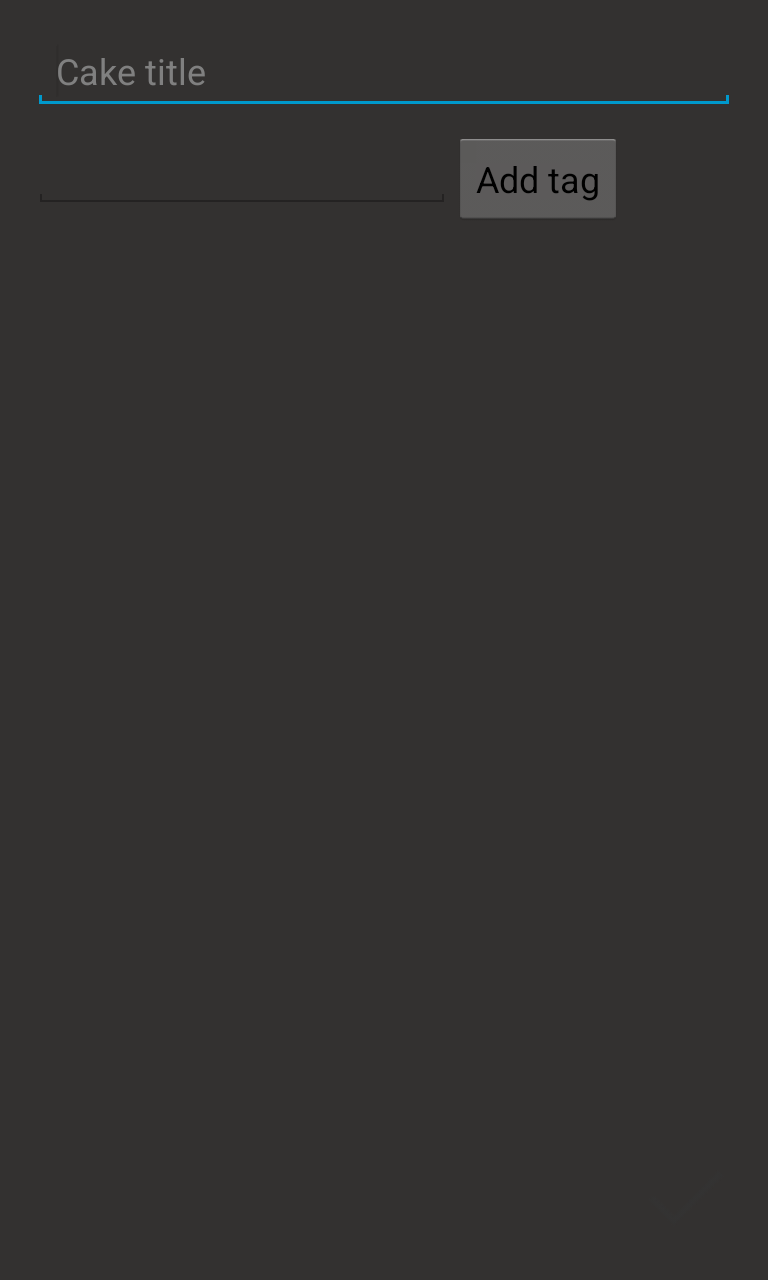
Repository: johnshaughnessy/onesec
Layout: OneSec-App/res/layout/activity_new_cake.xml
The author's editor kept a copy of each file at every save. The layout is drawn from the files as they stood at one save, then again after a run of saves.
It is drawn on a 768 x 1280 px phone screen (xhdpi) without system bars, with theme RetroTheme; the app's code is not run.

Above is the layout before, as saved 2013-07-14 21:04:46.

### OneSec-App/res/layout/activity_new_cake.xml
<RelativeLayout xmlns:android="http://schemas.android.com/apk/res/android"
    xmlns:tools="http://schemas.android.com/tools"
    android:layout_width="match_parent"
    android:layout_height="match_parent"
    android:paddingBottom="@dimen/activity_vertical_margin"
    android:paddingLeft="@dimen/activity_horizontal_margin"
    android:paddingRight="@dimen/activity_horizontal_margin"
    android:paddingTop="@dimen/activity_vertical_margin"
    tools:context=".NewCakeActivity" >

    <EditText
        android:id="@+id/title"
		style="@style/Input"
        android:layout_width="fill_parent"
        android:layout_height="wrap_content"
        android:layout_centerHorizontal="true"
        android:hint="@string/hint_cake_title" >
        <requestFocus />
    </EditText>

    <TextView
        android:id="@+id/date"
        android:layout_width="wrap_content"
        android:layout_height="wrap_content"
        android:layout_below="@id/title"
        android:maxLines="1"
        android:layout_centerHorizontal="true" />

    <ImageView
        android:id="@+id/thumbnail"
        android:layout_width="wrap_content"
        android:layout_height="wrap_content"
        android:layout_below="@id/title"
        android:layout_marginBottom="10dp"
        android:layout_centerHorizontal="true"
        android:contentDescription="@string/thumbnail_description" />

    <Button
        android:id="@+id/done"
        android:layout_width="50dp"
        android:layout_height="50dp"
        android:layout_alignParentBottom="true"
        android:layout_alignParentRight="true"
        android:background="@drawable/ic_navigation_accept" />

    <EditText
        android:id="@+id/newCakeSprinkle"
        style="@style/Input"
        android:layout_width="wrap_content"
        android:layout_height="wrap_content"
        android:layout_below="@id/thumbnail"
        android:ems="10" />

    <Button
        android:id="@+id/addTag"
        android:layout_width="wrap_content"
        android:layout_height="wrap_content"
        android:layout_below="@id/thumbnail"
        android:layout_toRightOf="@id/newCakeSprinkle"
        android:onClick="addTag"
        android:text="@string/addTag" />

</RelativeLayout>

### OneSec-App/res/values/strings.xml
<?xml version="1.0" encoding="utf-8"?>
<resources>

    <string name="app_name">Sprinkles</string>
    <string name="action_settings">Settings</string>
    <string name="action_signout">Sign out</string>
    <string name="search_title">Search</string>
    <string name="search_hint">Search by sprinkle</string>
    <string name="hello_world">Hello world!</string>
    <string name="title_activity_new_second">New Moment</string>
    <string name="title_activity_new_cake">New Cake</string>
    <string name="title_activity_view_seconds">My Moments</string>
    <string name="title_activity_view_cakes">My Cakes</string>
    <string name="title_activity_recipe">RecipeActivity</string>
    <string name="my_seconds">My Moments</string>
    <string name="date">Date:</string>
    <string name="text_select_seconds">Select</string>
    <string name="text_bake_cake">Bake</string>
    <string name="forget">Forget</string>
    <string name="sign_in">Sign in</string>
    <string name="hint_cake_title">Cake title</string>

    <string name="text_takeSecond">Capture the moment</string>
    <string name="text_viewSeconds">My Moments</string>
    <string name="text_viewCakes">My Cakes</string>

    <string name="menu_new">New</string>
    <string name="text_test">Test</string>
    <string name="done">So beautiful omg</string>
    <string name="play_second">Play</string>

    <string name="addTag">Add tag</string>
    <string name="upload">Upload</string>
    <string name="syncSeconds">Sync Moments</string>

    <string name="thumbnail_description">Video thumbnail</string>


</resources>

Loaded but not shown: OneSec-App/res/values/styles.xml (common file); OneSec-App/res/values-v11/styles.xml (common file); OneSec-App/res/values-v14/styles.xml (common file); OneSec-App/res/values/dimens.xml (common file)

After the next 2 saves:
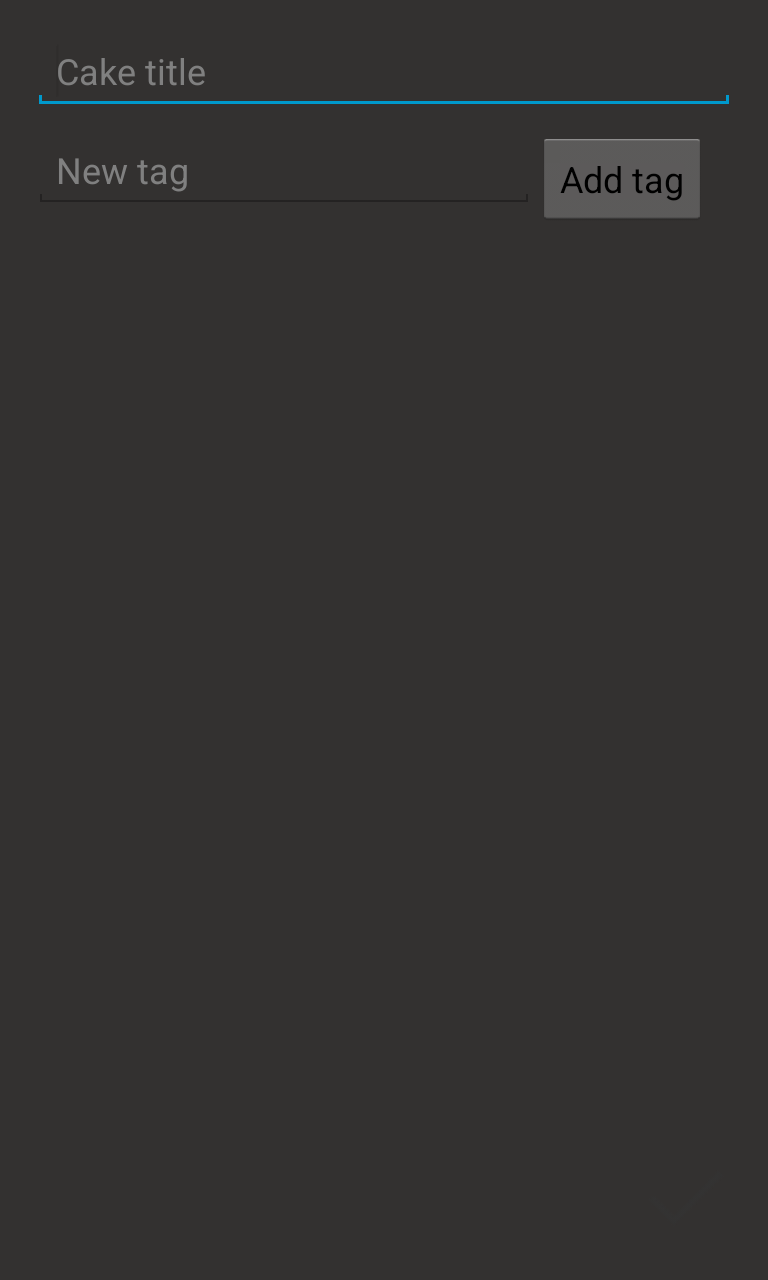
The 2 saves are shown as one change because they came seconds apart.
The last was saved 7 s later.
--- a/OneSec-App/res/layout/activity_new_cake.xml
+++ b/OneSec-App/res/layout/activity_new_cake.xml
@@ -45,11 +45,10 @@
 
     <EditText
         android:id="@+id/newCakeSprinkle"
-        style="@style/Input"
+        style="@style/Input.Tag"
         android:layout_width="wrap_content"
         android:layout_height="wrap_content"
-        android:layout_below="@id/thumbnail"
-        android:ems="10" />
+        android:layout_below="@id/thumbnail" />
 
     <Button
         android:id="@+id/addTag"
